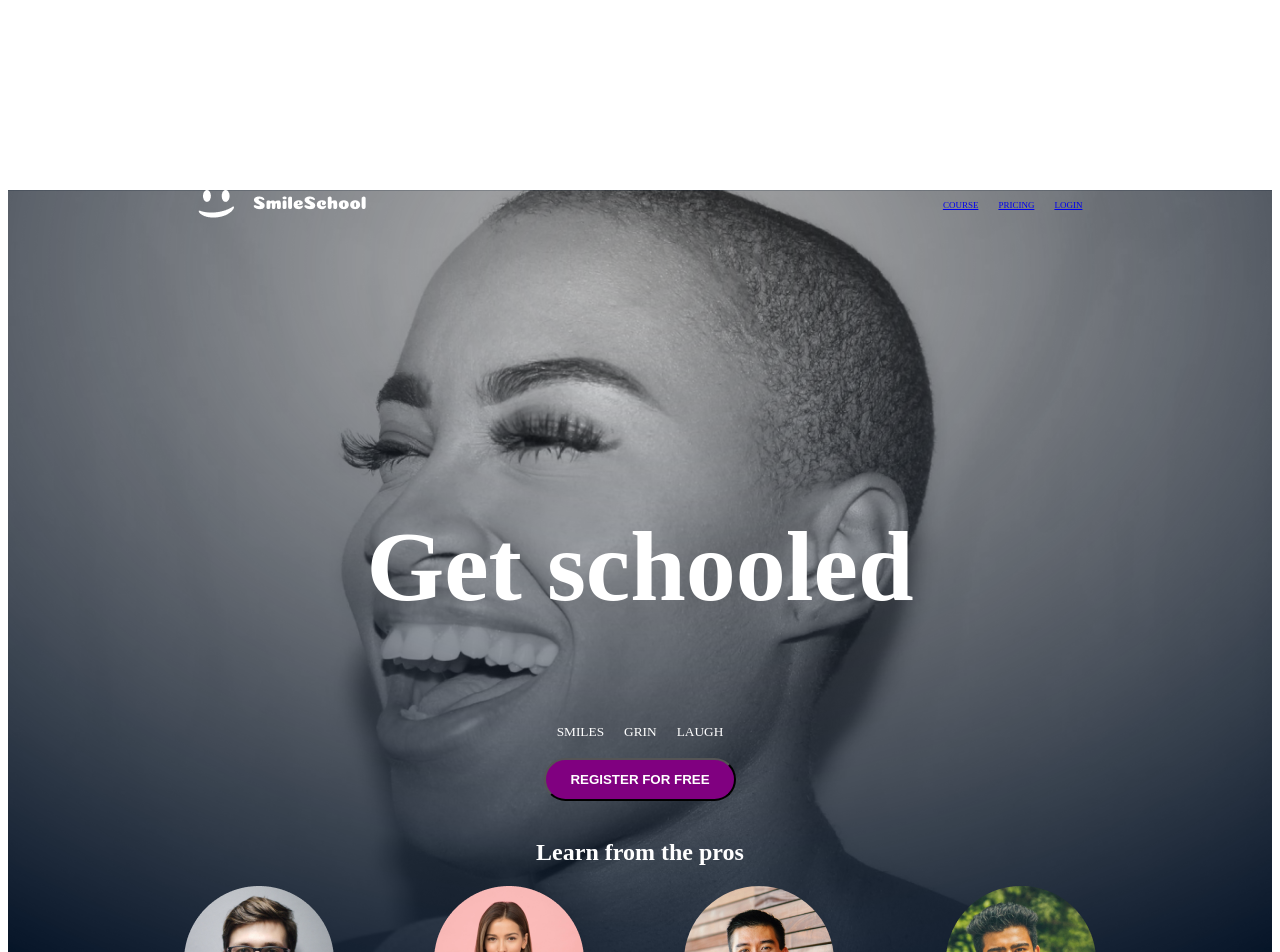
Repository: mwihakiann/alx_html_css
Page: css_advanced/index.html
The author's editor kept a copy of each file at every save. The page is drawn from the files as they stood at one save, then again after a run of saves.
The browser window is 1280 px wide. The pictures show the part of the page from y = 0 to 952 px (the page is 3923 px tall before and 3931 px after).
A picture or video elsewhere on the page could not be fetched, so the positions and the page height are approximate. Some web libraries are served in a nearby version.

Above is the page before, as saved 2025-09-28 18:49:52.

After the next 6 saves:
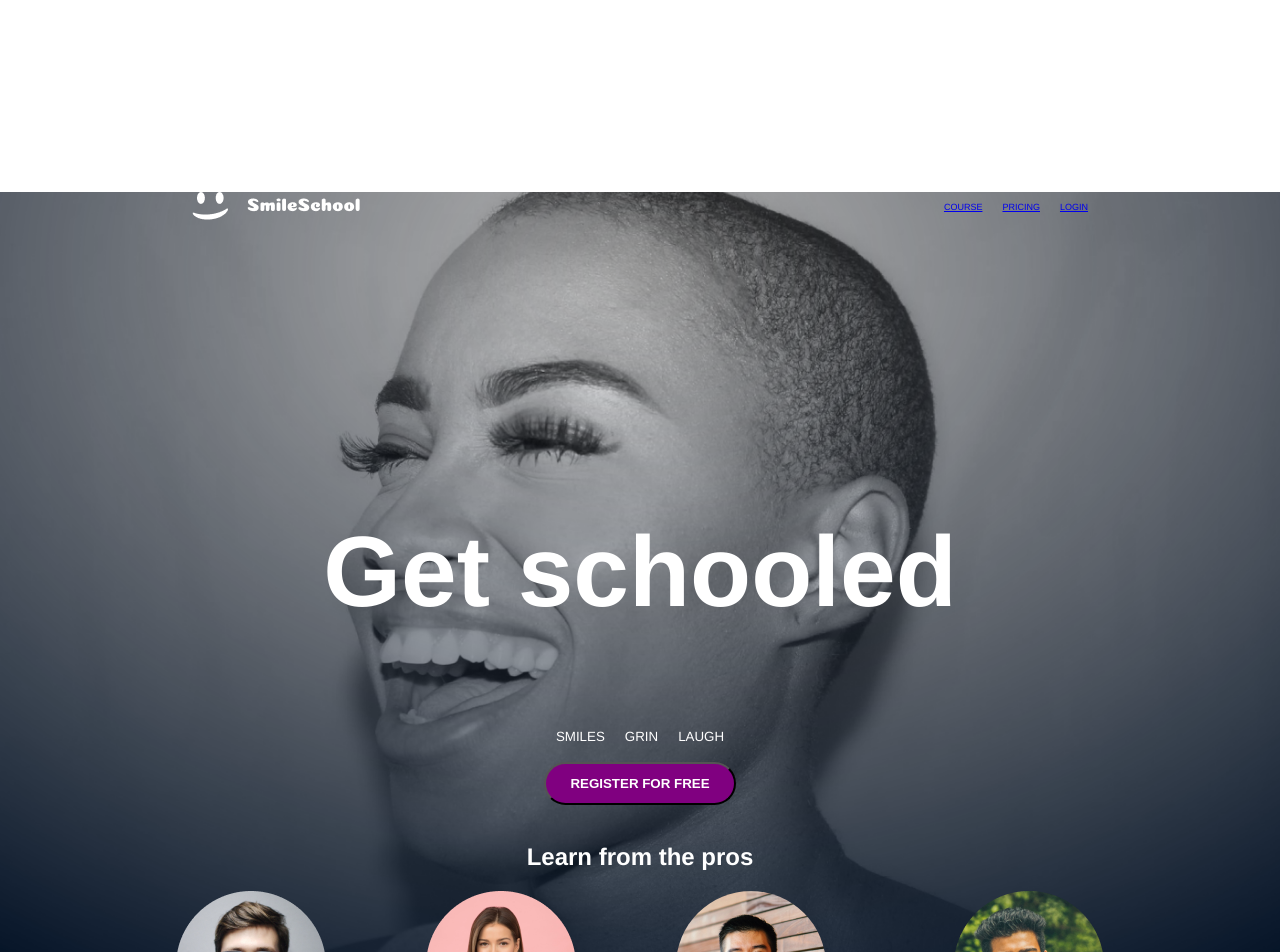
The 6 saves are shown as one change because they came seconds apart.
The last was saved 17 s later.
--- a/css_advanced/styles.css
+++ b/css_advanced/styles.css
@@ -1,8 +1,8 @@
 html, body{
-    margin-top: 0;
-    padding-top: 0;
+    margin: 0;
+    padding: 0;
     height: 100%;
-    border-top
+    border-top: 1px;
     font-family: 'Franklin Gothic Medium', 'Arial Narrow', Arial, sans-serif;
 }
 nav ul{
